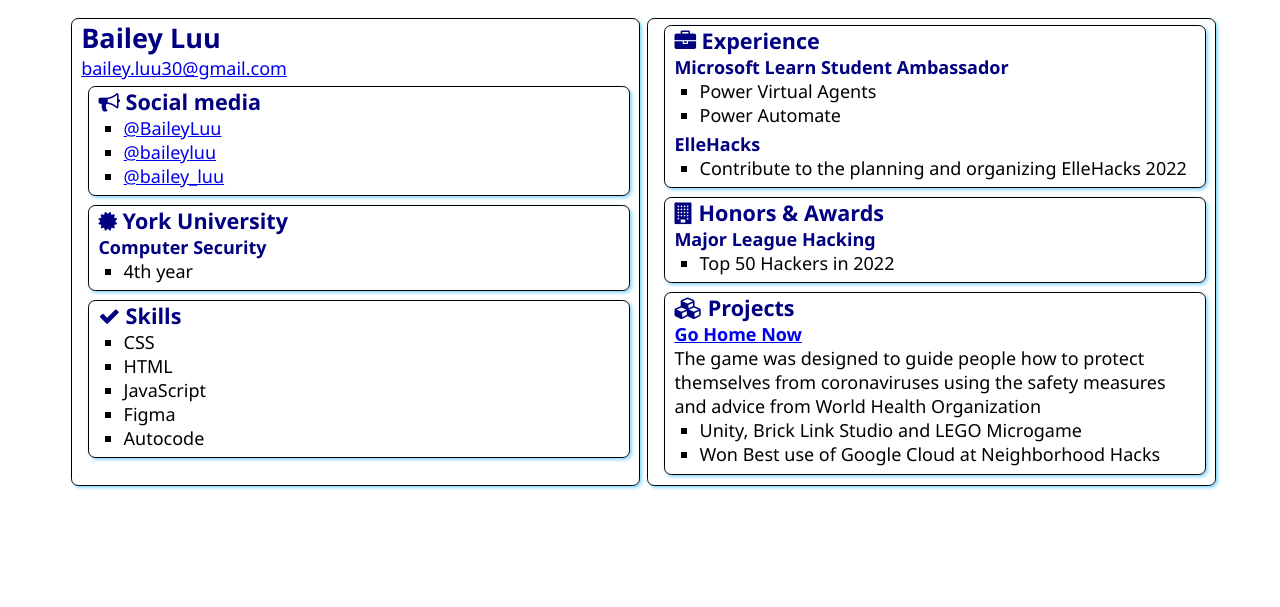
Repository: BaileyLuu/SATechnicalOnboarding
Page: src/index.html
An editor plug-in stored every save of this project. The page is shown before and after the next save, followed by the edit.
The browser window is 1280 px wide. The pictures show the whole page.

Above is the page before, as saved 2022-07-27 21:00:40.

### src/index.html
<!DOCTYPE html>
<html lang="en">
<head>
    <meta charset="UTF-8">
    <meta http-equiv="X-UA-Compatible" content="IE=edge">
    <meta name="viewport" content="width=device-width, initial-scale=1.0">
    <title>Resume</title>

    <link rel="stylesheet" href="style.css">
    <link rel="stylesheet" href="https://cdnjs.cloudflare.com/ajax/libs/font-awesome/4.7.0/css/font-awesome.min.css">
</head>
<body>
    <main>
        <article class="box">
            <h1>Bailey Luu</h1>
            <div><a href="mailto:bailey.luu30@gmail.com">bailey.luu30@gmail.com</a></div>

            <section class="box">
                <h2>
                    <i class="fa fa-bullhorn" aria-hidden="true"></i>
                    Social media
                </h2>
                <ul>
                    <li><a href="https://github.com/BaileyLuu">@BaileyLuu</a></li>
                    <li><a href="https://linkedin.com/in/baileyluu">@baileyluu</a></li>
                    <li><a href="https://twitter.com/bailey_luu">@bailey_luu</a></li>
                </ul>
            </section>

            <section class="box">
                <div class="education">
                    <h2>
                        <i class="fa fa-certificate" aria-hidden="true"></i>
                        York University
                    </h2>
                    <h3>Computer Security</h3>
                    <ul>

                        <li>4th year</li>
                    </ul>
                </div>
            </section>

            <section class="box">
                <h2>
                    <i class="fa fa-check" aria-hidden="true"></i>
                    Skills
                </h2>
                <ul>
                    <li>CSS</li>
                    <li>HTML</li>
                    <li>JavaScript</li>
                    <li>Figma</li>
                    <li>Autocode</li>
                </ul>
            </section>
        </article>
        <article class="box">
            <section class="box">
                <h2>
                    <i class="fa fa-briefcase" aria-hidden="true"></i>
                    Experience
                </h2>
                <h3>Microsoft Learn Student Ambassador</h3>
                <ul>
                    <li>Power Virtual Agents</li>
                    <li>Power Automate</li>
                </ul>
                <h3>ElleHacks</h3>
                <ul>
                    <li>Contribute to the planning and organizing ElleHacks 2022</li>
                </ul>
            </section>
            <section class="box">
                <h2>
                    <i class="fa fa-building" aria-hidden="true"></i>
                    Honors & Awards
                </h2>

                <h3>Major League Hacking</h3>
                <ul>
                    <li>Top 50 Hackers in 2022</li>

                </ul>
            </section>
            <section class="box">
                <h2>
                    <i class="fa fa-cubes" aria-hidden="true"></i>
                    Projects
                </h2>

                <h3><a href="https://devpost.com/software/go-home-now">Go Home Now</a></h3>
                <div>The game was designed to guide people how to protect themselves from coronaviruses using the safety measures and advice from World Health Organization</div>
                <ul>
                    <li>Unity, Brick Link Studio and LEGO Microgame</li>
                    <li>Won Best use of Google Cloud at Neighborhood Hacks</li>
                </ul>
            </section>
        </article>

    </main>
</body>
</html>

Loaded but not shown: src/style.css (common file)

After the next save:
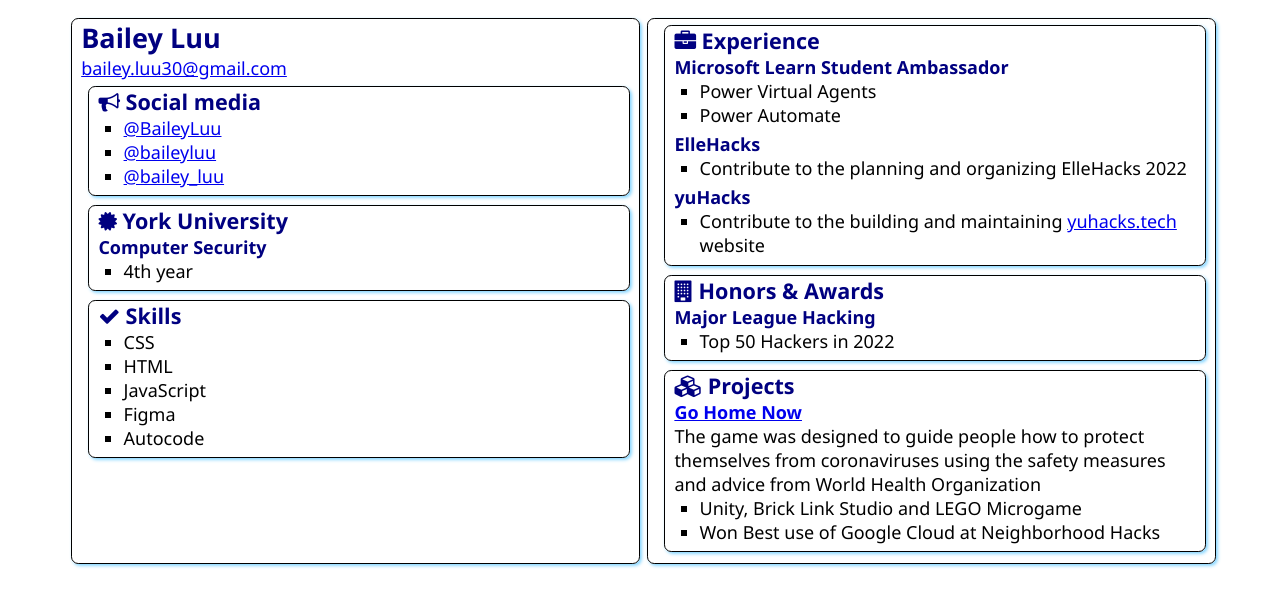
Saved 2 min 6 s later.
--- a/src/index.html
+++ b/src/index.html
@@ -70,6 +70,10 @@
                 <ul>
                     <li>Contribute to the planning and organizing ElleHacks 2022</li>
                 </ul>
+                <h3>yuHacks</h3>
+                <ul>
+                    <li>Contribute to the building and maintaining <a href="http://yuhacks.tech">yuhacks.tech</a> website </li>
+                </ul>
             </section>
             <section class="box">
                 <h2>
